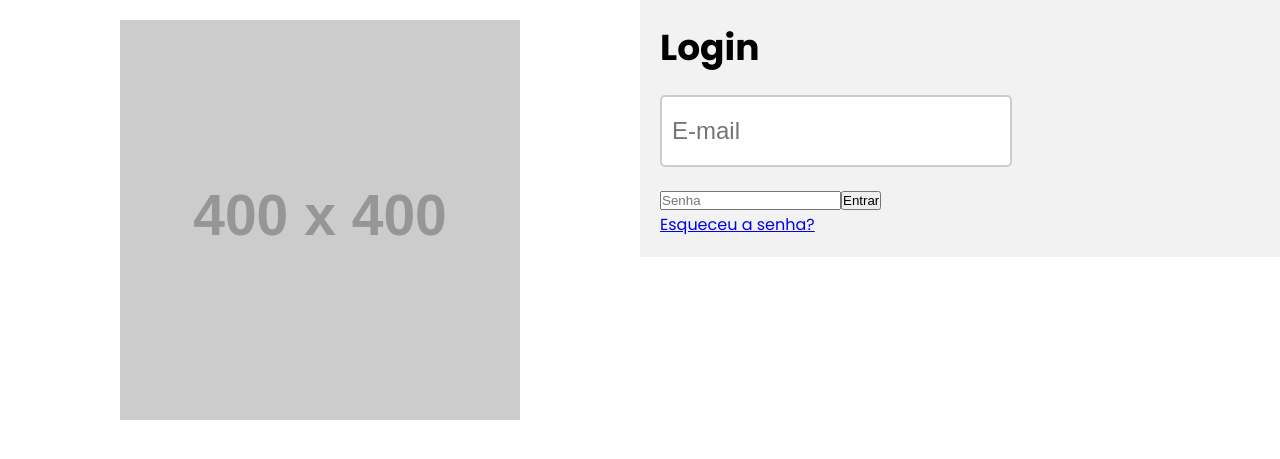
Repository: CCG-web/beeweb
Page: /login
The author's editor kept a copy of each file at every save. The page is drawn from the files as they stood at one save, then again after the next save.
The browser window is 1280 px wide. The pictures show the whole page.
The project was rebuilt for these pictures with package versions that can differ from the ones it lists, and the page was loaded fresh each time. Also part of the build but not shown: src/components/Home.css, src/components/Home.jsx, src/components/Sobre.css, src/components/Sobre.jsx, src/components/Cards.css, src/components/Cards.jsx, src/components/Team.css, src/components/Team.jsx and 5 more.

Above is the page before, as saved 2023-05-09 23:25:13.

After the next save:
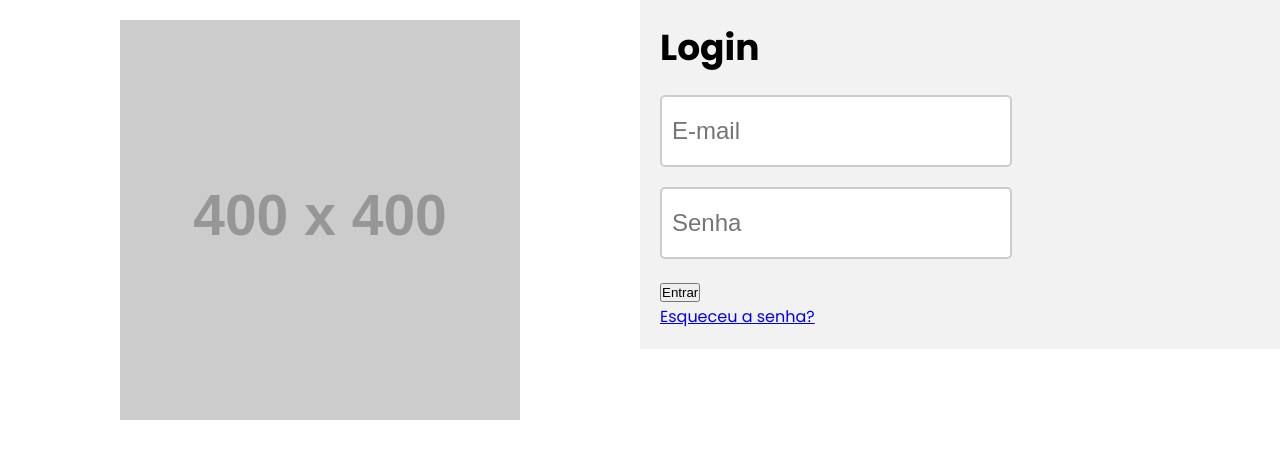
Saved 23 s later.
--- a/src/routes/Login.jsx
+++ b/src/routes/Login.jsx
@@ -10,7 +10,7 @@ const Login = () => {
         <h1 className='login'>Login</h1>
         <form>
           <input type="email" name="email" placeholder="E-mail" className='email' />
-          <input type="password" name="password" placeholder="Senha" />
+          <input type="password" name="password" placeholder="Senha" className='password' />
           <button type="submit">Entrar</button>
         </form>
         <a href="/">Esqueceu a senha?</a>
